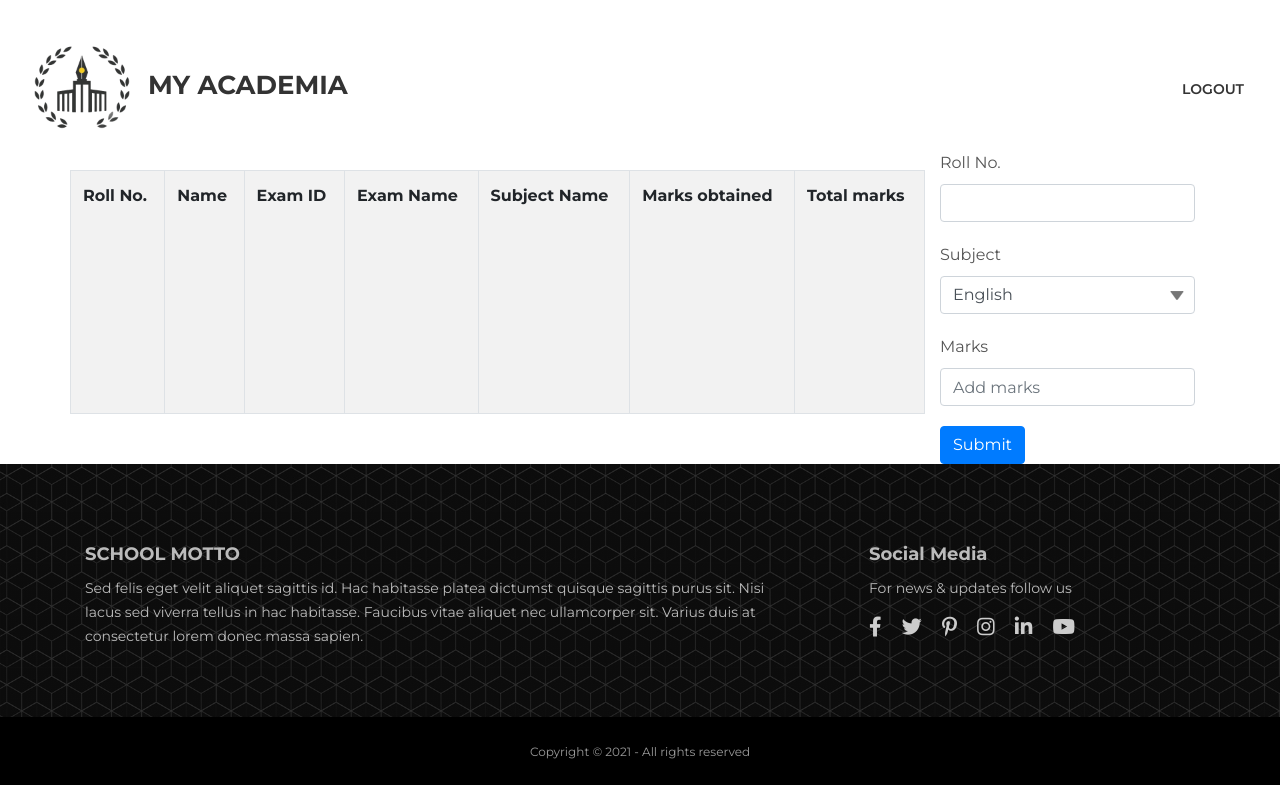
Repository: SaxenaAbhay/DBMS2023
Page: http://localhost/score
These files come from the project's save history. The page is drawn as it stood at one moment and after the next save; the edit follows.
The browser window is 1280 px wide. The pictures show the whole page.
The page is this project's Thymeleaf template; nobody is signed in. The template is opened directly, without the code that normally fills it, so the values that code supplies are empty.

Above is the page before, as saved 2023-10-21 14:49:37.

### school-managment-system/src/main/resources/templates/score.html
<!DOCTYPE html>
<html lang="en">
    <head>
        <meta charset="utf-8">
        <meta name="viewport" content="width=device-width, initial-scale=1, shrink-to-fit=no">

        <!-- SEO Meta Tags -->
        <meta name="description" content="My Academia">
        <meta name="keywords" content="school website, responsive">
        <meta name="author" content="Yashwini Bansal">

        <!-- Website Title -->
        <title>My Academia</title>

        <link href="https://fonts.googleapis.com/css?family=Montserrat:400,400i,600,700,700i&display=swap" rel="stylesheet">

        <link href="css/bootstrap.css" rel="stylesheet">
        <link href="css/fontawesome-all.css" rel="stylesheet">
        <link href="css/swiper.css" rel="stylesheet">
        <link href="css/styles.css" rel="stylesheet">

        <link rel="icon" href="images/logo2.jpg">

        <!-- Scripts -->
        <script src="js/jquery.min.js" defer></script>
        <script src="js/popper.min.js" defer></script>
        <script src="js/bootstrap.min.js" defer></script>
        <script src="js/jquery.easing.min.js" defer></script>
        <script src="js/swiper.min.js" defer></script>
        <script src="js/validator.min.js" defer></script>
        <script src="js/scripts.js" defer></script>
    </head>
    <body  data-spy="scroll"  data-target=".fixed-top">

        <!-- Preloader -->
        <div class="spinner-wrapper">
            <div class="spinner">
                <div class="bounce1"></div>
                <div class="bounce2"></div>
                <div class="bounce3"></div>
            </div>
        </div>
        <!-- end of preloader -->


        <!-- Navigation -->
        <nav class="navbar navbar-expand-lg navbar-dark navbar-custom fixed-top">

            <!-- Logo -->
            <a class="navbar-brand logo-image" href="./index.html"><img src="./images/logo.jpg"></a><h3>MY ACADEMIA</h3>

            <!-- Mobile Menu Toggle Button -->
            <button class="navbar-toggler" type="button" data-toggle="collapse" data-target="#navbarsExampleDefault" aria-controls="navbarsExampleDefault" aria-expanded="false" aria-label="Toggle navigation">
                <span class="navbar-toggler-awesome fas fa-bars"></span>
                <span class="navbar-toggler-awesome fas fa-times"></span>
            </button>
            <!-- end of mobile menu toggle button -->

            <div class="collapse navbar-collapse" id="navbarsExampleDefault">
                <ul class="navbar-nav ml-auto">
                    <!--<li class="nav-item">
                        <a class="nav-link page-scroll" href="./teachers.html">PROFILE</a>
                    </li>-->
                    <li class="nav-item">
                        <a class="nav-link page-scroll" href="#">LOGOUT</a>
                    </li>
                </ul>
            </div>
        </nav>

        <div class="container">
            <div class="row">
                <table class="table table-striped table-bordered table-hover table-condensed col-md-9">
                <tr>
                    <th>Roll No.</th>
                    <th>Name</th>
                    <th>Exam ID</th>
                    <th>Exam Name</th>
                    <th>Subject Name</th>
                    <th>Marks obtained</th>
                    <th>Total marks</th>
                </tr>
                <!--<tr>
                    <td>1</td>
                    <td>...</td>
                    <td>...</td>
                    <td>...</td>
                    <td>...</td>
                    <td>...</td>
                    <td>...</td>
                </tr>
                <tr>
                    <td>2</td>
                    <td>...</td>
                    <td>...</td>
                    <td>...</td>
                    <td>...</td>
                    <td>...</td>
                    <td>...</td>
                </tr>
                <tr>
                    <td>3</td>
                    <td>...</td>
                    <td>...</td>
                    <td>...</td>
                    <td>...</td>
                    <td>...</td>
                    <td>...</td>
                </tr>
                <tr>
                    <td>4</td>
                    <td>...</td>
                    <td>...</td>
                    <td>...</td>
                    <td>...</td>
                    <td>...</td>
                    <td>...</td>
                </tr>
                <tr>
                    <td>5</td>
                    <td>...</td>
                    <td>...</td>
                    <td>...</td>
                    <td>...</td>
                    <td>...</td>
                    <td>...</td>
                </tr>
                <tr>
                    <td>6</td>
                    <td>...</td>
                    <td>...</td>
                    <td>...</td>
                    <td>...</td>
                    <td>...</td>
                    <td>...</td>
                </tr>
                <tr>
                    <td>7</td>
                    <td>...</td>
                    <td>...</td>
                    <td>...</td>
                    <td>...</td>
                    <td>...</td>
                    <td>...</td>
                </tr>-->
                </table>

                <form class="col-md-3 teach-form">
                    <div class="form-group">
                    <label>Roll No.</label>
                    <input type="text" class="form-control">
                    </div>

                    <div class="form-group">
                    <label>Subject</label>
                    <select class="form-control">
                        <option value="english">English</option>
                        <option value="hindi">Hindi</option>
                        <option value="maths">Maths</option>
                        <option value="science">Science</option>
                        <option value="computer">Computer</option>
                    </select>
                    </div>

                    <div class="form-group">
                        <label>Marks</label>
                        <input type="email" class="form-control" placeholder="Add marks">
                    </div>

                    <button type="submit" class="btn btn-default btn-primary">Submit</button>
                </form>
            </div>
          </div>

        <!-- Footer -->
        <div class="footer">
            <div class="container">
                <div class="row">
                    <div class="col-md-8">
                        <div class="footer-col first">
                            <h5>SCHOOL MOTTO</h5>
                            <p class="p-small">Sed felis eget velit aliquet sagittis id. Hac habitasse platea dictumst quisque sagittis purus sit. Nisi lacus sed viverra tellus in hac habitasse. Faucibus vitae aliquet nec ullamcorper sit. Varius duis at consectetur lorem donec massa sapien.</p>
                        </div>
                    </div> <!-- end of col -->
                    <div class="col-md-4">
                        <div class="footer-col fourth">
                            <h5>Social Media</h5>
                            <p class="p-small">For news & updates follow us</p>
                            <a href="#your-link">
                                <i class="fab fa-facebook-f"></i>
                            </a>
                            <a href="#your-link">
                                <i class="fab fa-twitter"></i>
                            </a>
                            <a href="#your-link">
                                <i class="fab fa-pinterest-p"></i>
                            </a>
                            <a href="#your-link">
                                <i class="fab fa-instagram"></i>
                            </a>
                            <a href="#your-link">
                                <i class="fab fa-linkedin-in"></i>
                            </a>
                            <a href="#your-link">
                                <i class="fab fa-youtube"></i>
                            </a>
                        </div>
                    </div> <!-- end of col -->
                </div> <!-- end of row -->
            </div> <!-- end of container -->
        </div> <!-- end of footer -->
        <!-- end of footer -->


        <!-- Copyright -->
        <div class="copyright">
            <div class="container">
                <div class="row">
                    <div class="col-lg-12">
                        <p class="p-small">Copyright © 2021 - All rights reserved</p>
                    </div> <!-- end of col -->
                </div> <!-- enf of row -->
            </div> <!-- end of container -->
        </div> <!-- end of copyright -->
        <!-- end of copyright -->
    </body>
</html>

Loaded but not shown: school-managment-system/src/main/resources/static/css/bootstrap.css (library); school-managment-system/src/main/resources/static/css/fontawesome-all.css (library); school-managment-system/src/main/resources/static/css/swiper.css (library); school-managment-system/src/main/resources/static/js/jquery.min.js (library); school-managment-system/src/main/resources/static/js/popper.min.js (library); school-managment-system/src/main/resources/static/js/bootstrap.min.js (library); school-managment-system/src/main/resources/static/js/jquery.easing.min.js (library); school-managment-system/src/main/resources/static/js/swiper.min.js (library); school-managment-system/src/main/resources/static/js/validator.min.js (library); school-managment-system/src/main/resources/static/js/scripts.js (177 lines, source omitted); school-managment-system/src/main/resources/static/css/styles.css (1735 lines, source omitted)

After the next save:
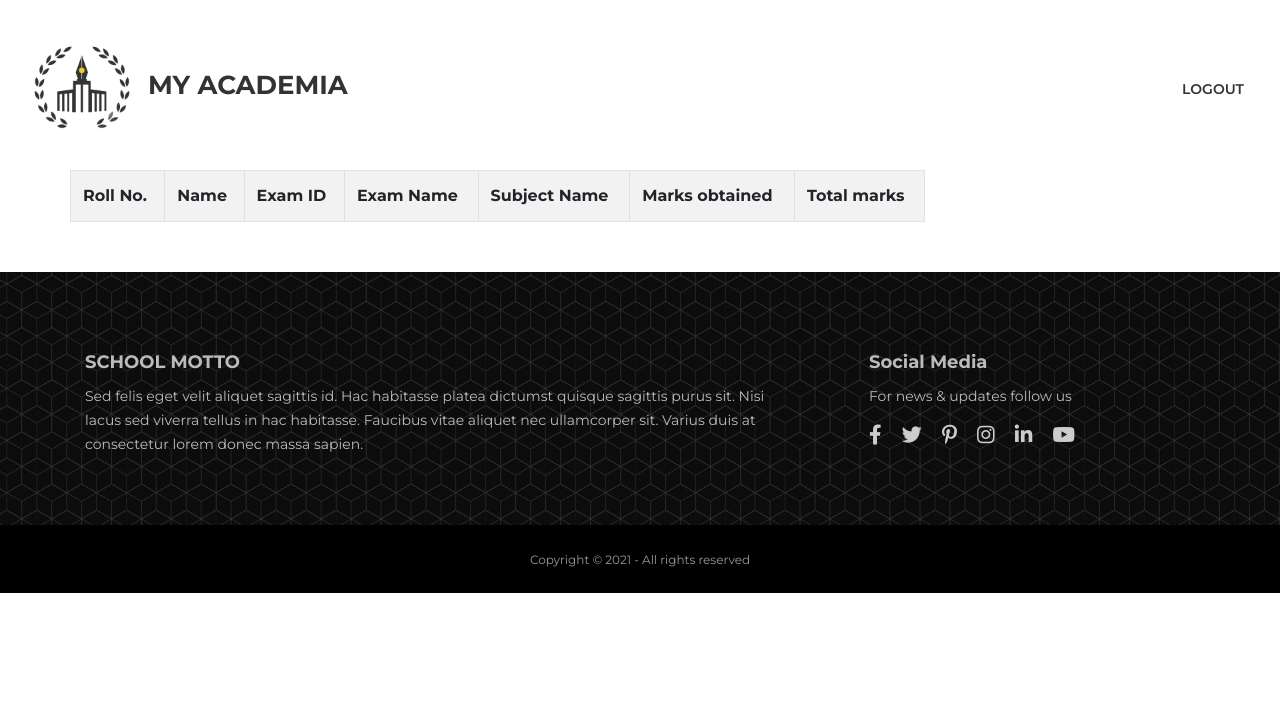
Saved 27 s later.
--- a/school-managment-system/src/main/resources/templates/score.html
+++ b/school-managment-system/src/main/resources/templates/score.html
@@ -145,7 +145,7 @@
                 </tr>-->
                 </table>
 
-                <form class="col-md-3 teach-form">
+                <!--<form class="col-md-3 teach-form">
                     <div class="form-group">
                     <label>Roll No.</label>
                     <input type="text" class="form-control">
@@ -168,7 +168,7 @@
                     </div>
 
                     <button type="submit" class="btn btn-default btn-primary">Submit</button>
-                </form>
+                </form>-->
             </div>
           </div>
 
